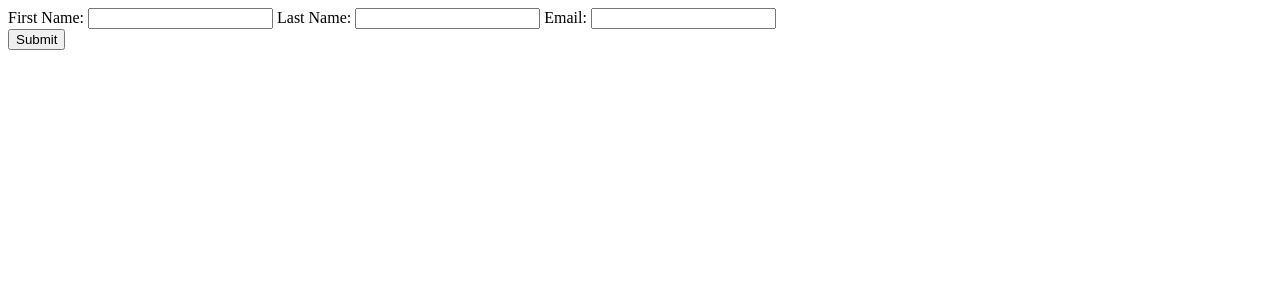
Repository: hisu87/WEB1043-JS
Page: Lab-Done-JS/Lab-7/html/three.html
An editor plug-in stored every save of this project. The page is shown before and after the next save, followed by the edit.
The browser window is 1280 px wide. The pictures show the whole page.

Above is the page before, as saved 2023-04-08 12:04:17.

### Lab-Done-JS/Lab-7/html/three.html
<!DOCTYPE html>
<html>

<head>
	<title>Form Submission</title>
</head>
<!-- In your HTML file -->
<!-- In your HTML file -->
<form action="reciver.html" method="post">
	<label for="fName">First Name:</label>
	<input type="text" id="fName" name="fName">

	<label for="lName">Last Name:</label>
	<input type="text" id="lName" name="lName">



	<label for="email">Email:</label>
	<input type="email" id="email" name="email"><br>

	<button type="submit">Submit</button>
</form>

<script>
	<!-- In your JavaScript file -->
	const form = document.querySelector('form');
	form.addEventListener('submit', (event) => {
		event.preventDefault();

		const fName = document.querySelector('#fName').value;
		const lName = document.querySelector('#lName').value;
		const email = document.querySelector('#email').value;

		const url = new URL('reciver.html', window.location.href);
		url.searchParams.set('fName', fName);
		url.searchParams.set('lName', lName);
		url.searchParams.set('email', email);

		window.location.href = url.toString();
	});
</script>
</body>

</html>

After the next save:
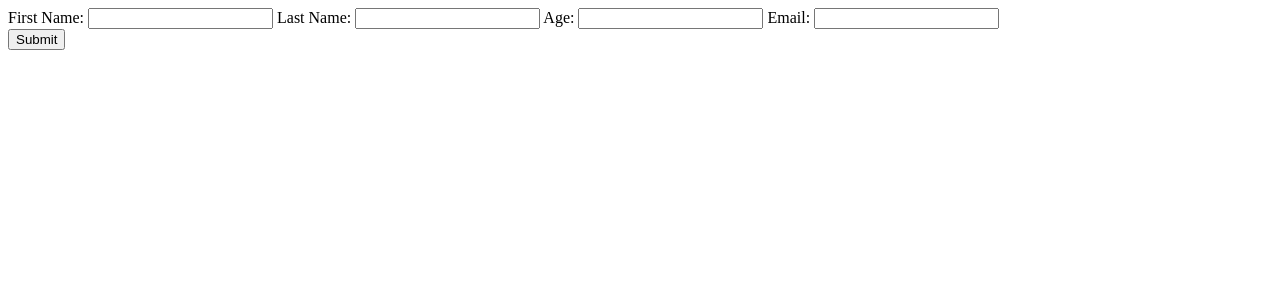
Saved 18 s later.
--- a/Lab-Done-JS/Lab-7/html/three.html
+++ b/Lab-Done-JS/Lab-7/html/three.html
@@ -13,7 +13,8 @@
 	<label for="lName">Last Name:</label>
 	<input type="text" id="lName" name="lName">
 
-
+	<label for="age">Age:</label>
+	<input type="number" id="age" name="age">
 
 	<label for="email">Email:</label>
 	<input type="email" id="email" name="email"><br>
